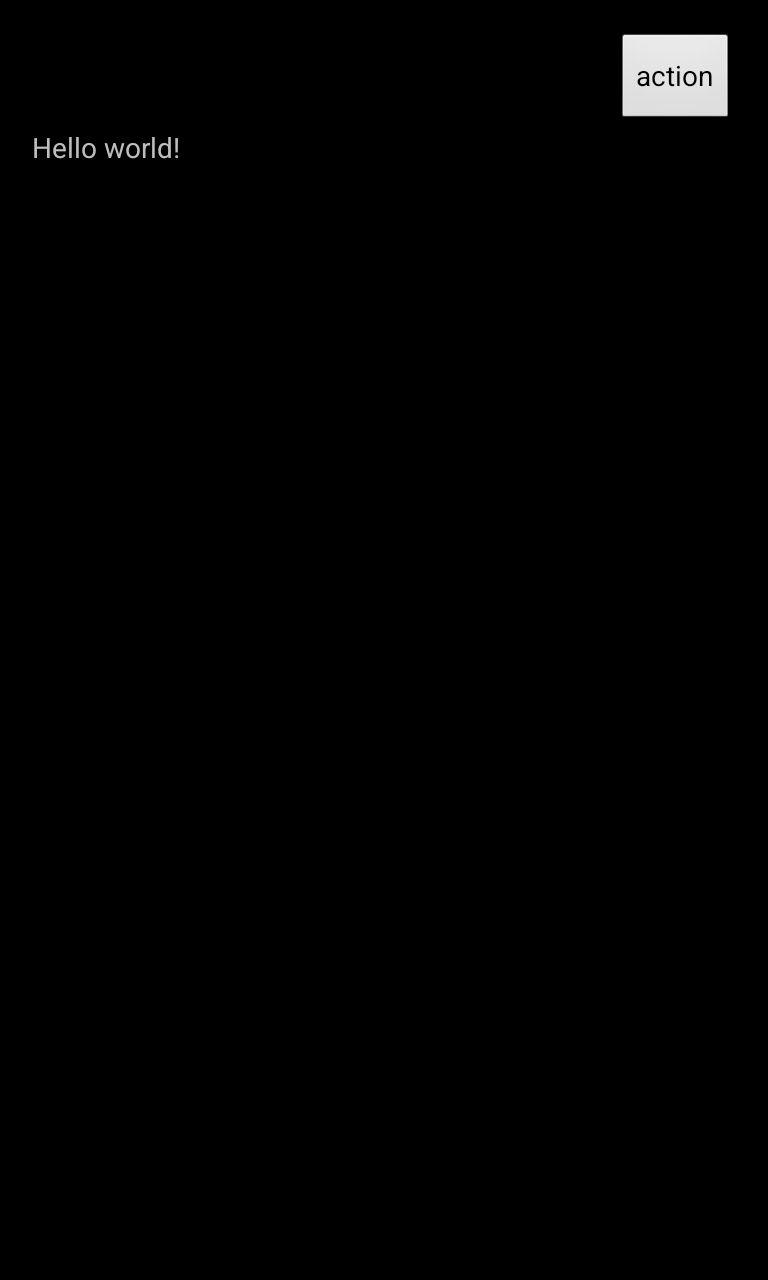
Repository: pancho1313/practica2tests
Layout: MyOrientation/res/layout/activity_my_orientation_test.xml
These files come from the project's save history. The layout is drawn as it stood at one moment and after the next save; the edit follows.
It is drawn on a 768 x 1280 px phone screen (xhdpi) without system bars, with theme android:Theme.NoTitleBar.Fullscreen; the app's code is not run.

Above is the layout before, as saved 2014-01-13 00:28:33.

After the next save:
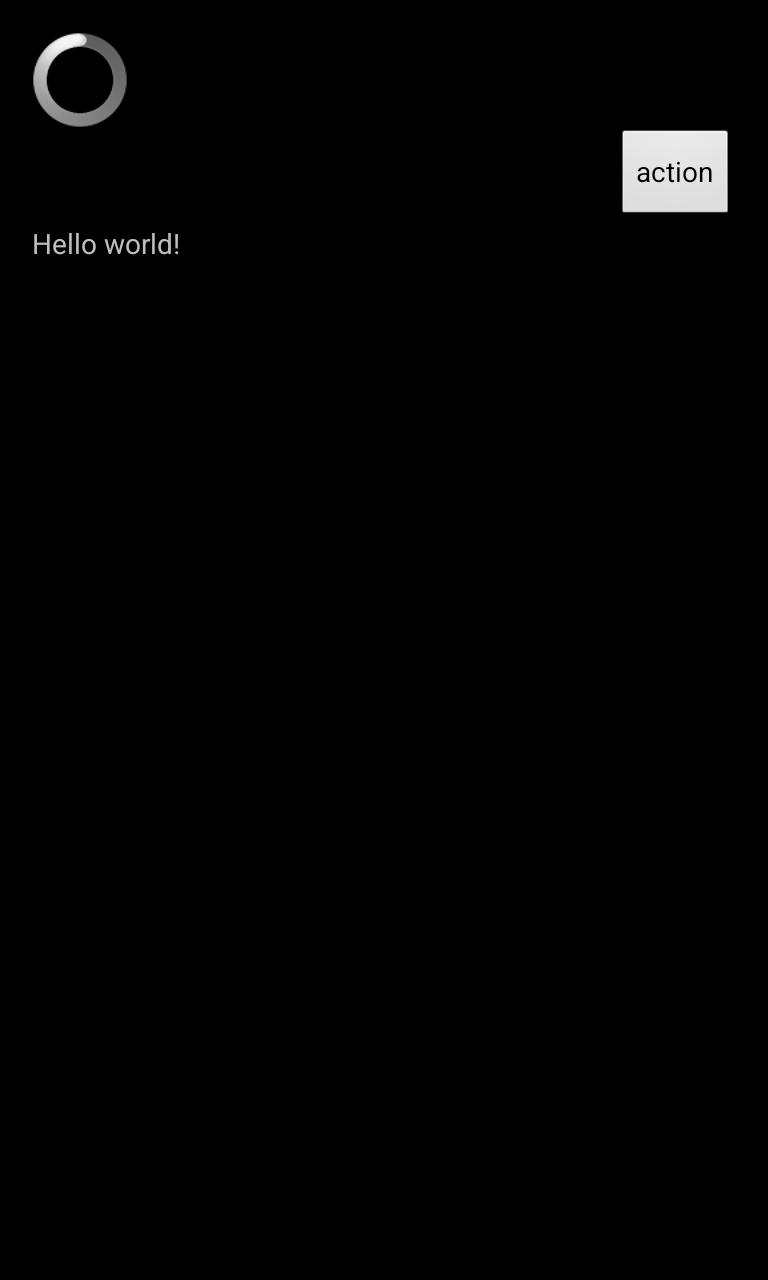
Saved 23 min 26 s later.
--- a/MyOrientation/res/layout/activity_my_orientation_test.xml
+++ b/MyOrientation/res/layout/activity_my_orientation_test.xml
@@ -8,6 +8,13 @@
     android:paddingTop="@dimen/activity_vertical_margin"
     tools:context=".MyOrientationTest"
     android:orientation="vertical" >
+
+    <ProgressBar
+        android:id="@+id/verticalGs"
+        style="?android:attr/progressBarStyleVertical"
+        android:layout_width="wrap_content"
+        android:layout_height="wrap_content"
+        android:layout_weight="0" />
 
     <Button
         android:id="@+id/actionButton"
